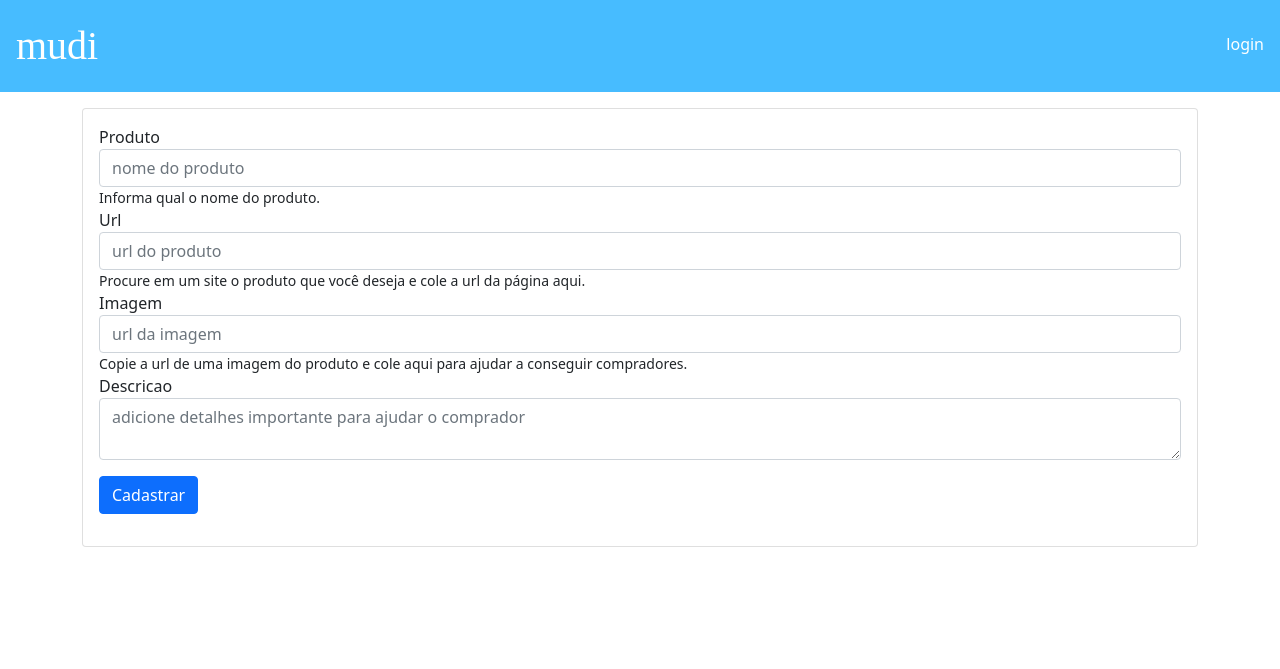
Repository: Matheus-Ferreira95/spring-mvc-alura
Page: http://localhost/pedido/formulario
These files come from the project's save history. The page is drawn as it stood at one moment and after the next save; the edit follows.
The browser window is 1280 px wide. The pictures show the whole page.
The page is this project's Thymeleaf template; nobody is signed in. The template is opened directly, without the code that normally fills it, so the values that code supplies are empty.

Above is the page before, as saved 2020-12-29 16:21:30.

### mvc/src/main/resources/templates/pedido/formulario.html
<html>
	<head th:replace="~{base :: head}"></head>
<body>
	<div th:replace="~{base :: logo}"></div>
	<div class="container">


		<div class="card mt-3">
			<form th:object="${insertPedidoDTO}" class="card-body" action="/pedido/novo" method="POST">
				<div class="form-group">
					<label for="nomeProduto">Produto</label>
					<input th:field="*{nomeProduto}" th:errorclass="is-invalid" class="form-control" placeholder="nome do produto">
					<small>Informa qual o nome do produto.<head th:replace="~{base :: head}"></head></small>
					<div th:errors="*{nomeProduto}" id="validationServer03Feedback" class="invalid-feedback">
						erros do nome do produto
					</div>
				</div>
				<div class="form-group">
					<label for="urlProduto">Url</label>
					<input th:field="*{urlProduto}" th:errorclass="is-invalid" class="form-control" placeholder="url do produto">
					<small>Procure em um site o produto que você deseja e cole a url da página aqui.</small>
					<div th:errors="*{urlProduto}" id="validationServer03Feedback" class="invalid-feedback">
						erros da url do produto
					</div>
				</div>
				<div class="form-group">
					<label for="urlImagem">Imagem</label>
					<input th:field="*{urlImagem}" th:errorclass="is-invalid" class="form-control" placeholder="url da imagem">
					<small>Copie a url de uma imagem do produto e cole aqui para ajudar a conseguir compradores.</small>
					<div th:errors="*{urlImagem}" id="validationServer03Feedback" class="invalid-feedback">
						erros da url da imagem
					</div>
				</div>
				<div class="form-group">
					<label for="descricao">Descricao</label>
					<textarea th:field="*{descricao}" class="form-control" placeholder="adicione detalhes importante para ajudar o comprador"></textarea>
				</div>
				<button class="btn btn-primary mt-3" type="submit">Cadastrar</button>
			</form>
		</div>
	</div>
</body>
</html>

### mvc/src/main/resources/templates/base.html
<head th:fragment="head">
<meta charset="UTF-8">
<link
	href="https://cdn.jsdelivr.net/npm/bootstrap@5.0.0-beta1/dist/css/bootstrap.min.css"
	rel="stylesheet"
	integrity="sha384-giJF6kkoqNQ00vy+HMDP7azOuL0xtbfIcaT9wjKHr8RbDVddVHyTfAAsrekwKmP1"
	crossorigin="anonymous">
<style>
			.logo-container{
				background-color: #47bcff;
				color: #FFF;
			}
			.logo {
				font-family: 'Handlee', cursive;
				font-size: 2.5rem;
			}
</style>
</head>

<div th:fragment="logo" class="logo-container mb-3 p-3 d-flex justify-content-between">
	<span class="logo">mudi</span>
	<span class="mt-3">login</span>
</div>

<div th:fragment="titulo(valor)"class="jumbotron jumbotron-fluid mb-0">
			<h1 class="display-4" th:text="${valor}"></h1>
		</div>

After the next save:
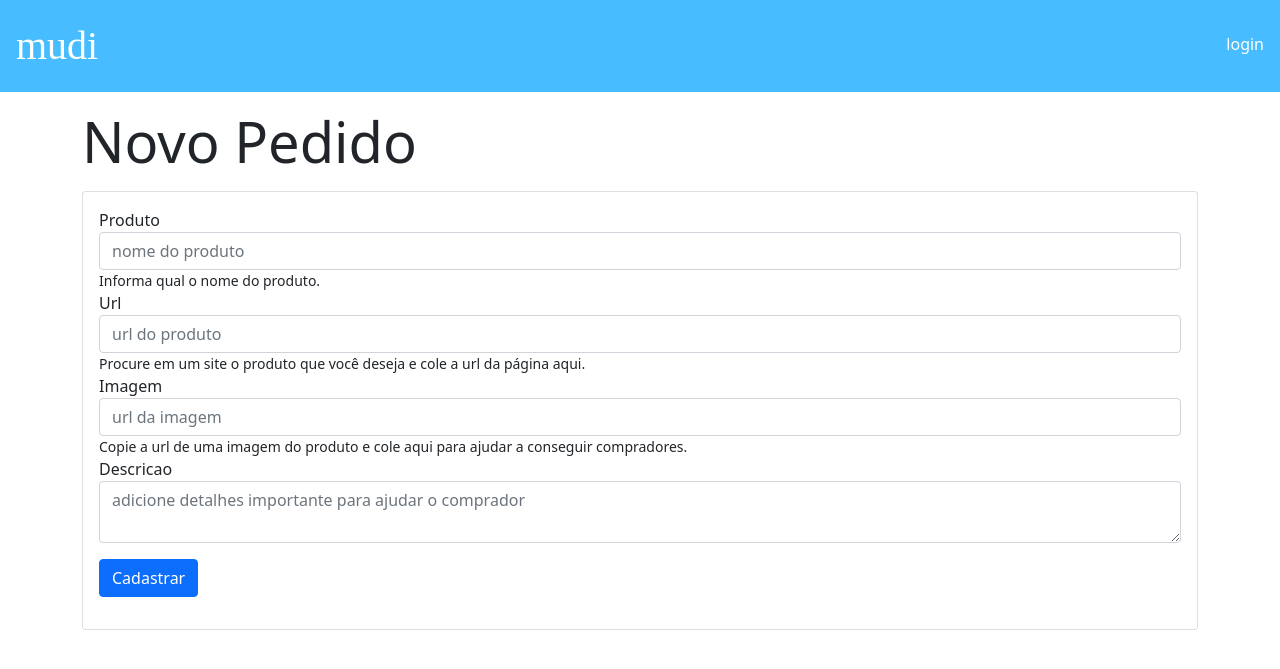
Saved 88 s later.
--- a/mvc/src/main/resources/templates/pedido/formulario.html
+++ b/mvc/src/main/resources/templates/pedido/formulario.html
@@ -4,6 +4,7 @@
 	<div th:replace="~{base :: logo}"></div>
 	<div class="container">
 
+		<div th:replace="~{base :: titulo('Novo Pedido')}"></div>
 
 		<div class="card mt-3">
 			<form th:object="${insertPedidoDTO}" class="card-body" action="/pedido/novo" method="POST">
